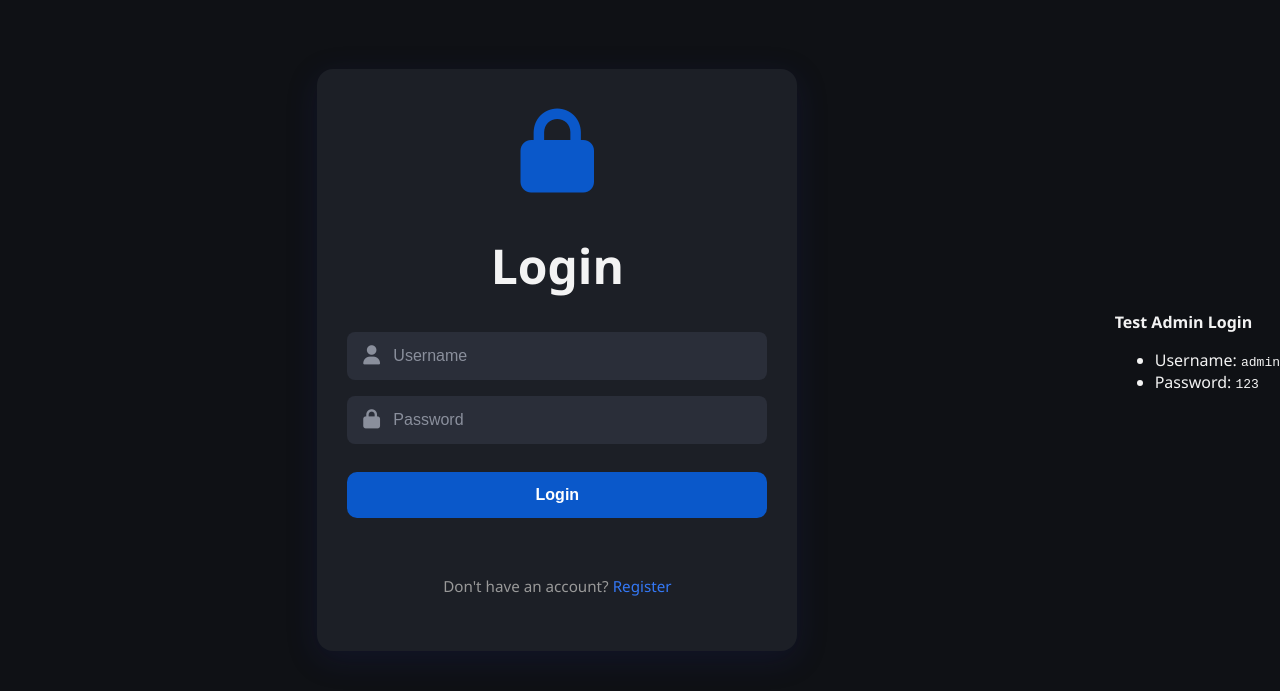
Repository: lowluds/auth-flask
Page: http://localhost/login
The author's editor kept a copy of each file at every save. The page is drawn from the files as they stood at one save, then again after the next save.
The browser window is 1280 px wide. The pictures show the whole page.
The page is served by the project's application, run on Flask 3 (login.py).

Above is the page before, as saved 2025-07-11 00:06:24.

### templates/login.html
<!DOCTYPE html>
<html lang="en">
<head>
    <meta charset="UTF-8">
    <meta name="viewport" content="width=device-width, initial-scale=1.0">
    <title>Login</title>
    <link rel="stylesheet" href="{{ url_for('static', filename='register.css') }}">
    <link rel="stylesheet" href="{{ url_for('static', filename='error.css') }}">
    <link rel="stylesheet" href="https://cdnjs.cloudflare.com/ajax/libs/font-awesome/6.5.0/css/all.min.css">
</head>

<body>
    <div class="login-container">
        <i class="fas fa-lock login-icon"></i>
        <h2>Login</h2>
        <form method="post" action="/login">

          <div class="input-group">
              <i class="fas fa-user"></i>
              <input type="text" name="username" placeholder="Username" required>
          </div>

          <div class="input-group">
              <i class="fas fa-lock"></i>
              <input type="password" name="password" placeholder="Password" required>
          </div>

            {% with messages = get_flashed_messages(with_categories=true) %}
              {% if messages %}
                {% for category, message in messages %}
                  {% if category == 'error' %}
                  <div class="input-error">{{ message }}</div>
                  {% endif %}
                {% endfor %}
              {% endif %}
            {% endwith %}

            <button type="submit">Login</button>
            <br>
            {% if show_forgot %}
            <a href="{{ url_for('forgot_password') }}" class="forgot-link">Forgot password?</a>
            {% endif %}

        </form>
        <p>Don't have an account? <a href="/register">Register</a></p>
    </div>

    <!-- Admin Info Sticky Node -->
    <div class="admin-sticky-info">
        <strong>Test Admin Login</strong>
        <ul>
            <li>Username: <code>admin</code></li>
            <li>Password: <code>123</code></li>
        </ul>
    </div>

</body>
</html>

### login.py
from flask import Flask, render_template, request, redirect, url_for, session, flash
from werkzeug.security import check_password_hash
from werkzeug.security import generate_password_hash
import json

app = Flask (__name__)
app.secret_key = '123abc456'  # Change this to a secure random value

@app.route('/')
def home():
    return redirect(url_for('login'))

# Login
@app.route('/login', methods=['GET', 'POST'])
def login():
    if request.method == 'POST':
        # Get form input
        username = request.form['username']
        password = request.form['password']

        # Load users from JSON
        with open('users/userDB.json', 'r') as file:
            data = json.load(file)

        # Look for user
        for user in data['users']:
            if user['username'] == username:
                # Check hashed password
                if check_password_hash(user['password'], password):
                    session['username'] = username
                    session['group'] = user['group']
                    session.pop('show_forgot', None)

                    # Redirect based on group
                    if user['group'] == 'admin':
                        return redirect(url_for('admin'))
                    else:
                        return redirect(url_for('dashboard'))

                flash("Incorrect password", "error")
                session['show_forgot'] = True
                return redirect(url_for('login'))

        flash("Username or password not found", "error")
        session.pop('show_forgot', None)
        return redirect(url_for('login'))

    show_forgot = session.pop('show_forgot', False)
    return render_template('login.html', show_forgot=show_forgot)

# Register
@app.route('/register', methods=['GET', "POST"])
def register():
    if request.method == 'POST':
        username = request.form['username']
        password = request.form['password']
        group = "user"

        # Load existing users
        with open('users/userDB.json', 'r') as file:
            data = json.load(file)

        # Check for duplicate username
        for user in data['users']:
            if user['username'] == username:
                flash("Username already exists. Please choose another.", "error")
                return redirect(url_for('register'))

        # Hash the password
        hashed_password = generate_password_hash(password)

        # Add new user to userDB.json
        data['users'].append({
            'username': username,
            'password': hashed_password,
            'group'   : group
        })

        # Save the updated user to userDB.json
        with open('users/userDB.json', "w") as file:
            json.dump(data, file, indent=4)

        flash("You are registered! Please log in.", "success")
        return redirect(url_for('login'))

    # Only runs for GET requests
    return render_template('register.html')

# Forgot Password
@app.route('/forgot')
def forgot_password():
    return render_template('forgot.html')

# Dashboard
@app.route('/dashboard')
def dashboard():
    # Check if user is logged in
    if 'username' in session:
        return render_template('dashboard.html')
    else:
        return redirect(url_for('login'))
# Admin dashboard
@app.route('/admin')
def admin():
    if 'username' in session:
        if session.get('group') == 'admin':
            return render_template('admin.html')
        else:
            return "You are logged in, but not authorized to view this page"
    else:
        return redirect(url_for('login'))

# Logout
@app.route('/logout')
def logout():
    session.pop('username', None)
    return redirect(url_for('login'))

if __name__ == '__main__':
    app.run(debug=True)

### static/register.css
/* Global dark theme */
body {
    background: #0f1115;
    font-family: 'Segoe UI', Tahoma, Geneva, Verdana, sans-serif;
    margin: 0;
    padding: 0;
    color: #f3f3f3;
    min-height: 100vh;
    display: flex;
    justify-content: center;
    align-items: center;
}

/* Shared container styles */
.login-container,
.register-container,
.dashboard-container,
.admin-dashboard-container {
    background: #1c1f26;
    max-width: 420px;
    width: 100%;
    padding: 40px 30px;
    margin: 60px auto;
    border-radius: 16px;
    box-shadow: 0 8px 32px rgba(31, 38, 135, 0.18);
    display: flex;
    flex-direction: column;
    align-items: center;
}

.input-group {
    position: relative;
    width: 100%;
    margin-bottom: 16px;
}

.input-group i {
    position: absolute;
    top: 50%;
    left: 16px;
    transform: translateY(-50%);
    color: #8a8f9c;
    font-size: 1.2rem;
    pointer-events: none;
}

.input-group input {
    padding: 14px 16px 14px 46px;
    height: 48px;
    border: none;
    border-radius: 8px;
    background-color: #2a2e39;
    color: #f3f3f3;
    font-size: 1rem;
    width: 100%;
    box-sizing: border-box;
    margin-bottom: 0;
}

.input-group input:focus {
    box-shadow: 0 0 0 2px rgba(52, 120, 246, 0.4);
}

/* Headings */
.login-container h2,
.register-container h2,
.dashboard-container h2,
.admin-dashboard-container h2 {
    color: #f3f3f3;
    margin-bottom: 34px;
    font-weight: 600;
    font-size: 3rem;
    text-align: center;
}

/* Forms */
form {
    width: 100%;
    display: flex;
    flex-direction: column;
    margin-bottom: 20px;
}

/* Labels */
label {
    margin-bottom: 6px;
    color: #ccc;
    font-size: 0.95rem;
}

/* Inputs */
input,
select {
    padding: 14px;
    margin-bottom: 16px;
    border: none;
    border-radius: 10px;
    background-color: #2a2e39;
    color: #f3f3f3;
    font-size: 1rem;
    transition: all 0.2s ease-in-out;
}

input::placeholder {
    color: #8a8f9c;
}

input:focus,
select:focus {
    outline: none;
    background-color: #2f3541;
    border: 1.5px solid #3478f6;
}

/* Buttons */
button {
    background-color: #0a58ca;
    color: #fff;
    border: none;
    border-radius: 10px;
    padding: 14px;
    font-size: 1rem;
    font-weight: 600;
    cursor: pointer;
    transition: background-color 0.3s ease;
    margin-top: 12px;
}

button:hover {
    background-color: #0846a1;
}

/* Links */
a {
    color: #3478f6;
    text-decoration: none;
    font-weight: 500;
    font-size: 0.95rem;
}

a:hover {
    color: #5a9afc;
    text-decoration: underline;
}

.login-container .login-icon {
    font-size: 84px;
    color: #0a58ca;
    margin-bottom: 0px;
}

.register-container .register-icon {
    font-size: 84px;
    color: #0a58ca;
    margin-bottom: 0px;
}

.dashboard-container .dashboard-icon {
    font-size: 84px;
    color: #0a58ca;
    margin-bottom: 0px;
}

.dashboard-container .admin-icon {
    font-size: 84px;
    color: #0a58ca;
    margin-bottom: 0px;
}

.login-container .forgot-container {
    padding-top: 100px; /* or any value you want */
}

/* Paragraphs */
p {
    margin-top: 16px;
    color: #999;
    font-size: 0.95rem;
}

/* Forgot Password */
.forgot-link {
    text-align: center;
    margin-bottom: 10px;
}

/* Flash error styling */
.input-error {
    color: #ff4d4d;
    font-weight: bold;
    margin-bottom: 12px;
    text-align: center;
}

/* Responsive */
@media (max-width: 600px) {
    .login-container,
    .register-container,
    .dashboard-container,
    .admin-dashboard-container {
        width: 90%;
        padding: 24px;
    }
}

### static/error.css
/* Modern error style for login and form input errors */
.input-error {
    background: none;
    color: #ff0000;
    padding: 0;
    border-radius: 0;
    margin: 14px 0 18px 0;
    font-weight: 600;
    text-align: center;
    box-shadow: none;
    letter-spacing: 0.7px;
    font-size: 1.08rem;
    border: none;
    text-shadow: none;
    max-width: 400px;
    width: 90%;
    margin-left: auto;
    margin-right: auto;
}
@keyframes fadeOut {
  0% { opacity: 0.98; transform: translateY(0); }
  80% { opacity: 0.98; }
  100% { opacity: 0; transform: translateY(-20px); pointer-events: none; }
}

After the next save:
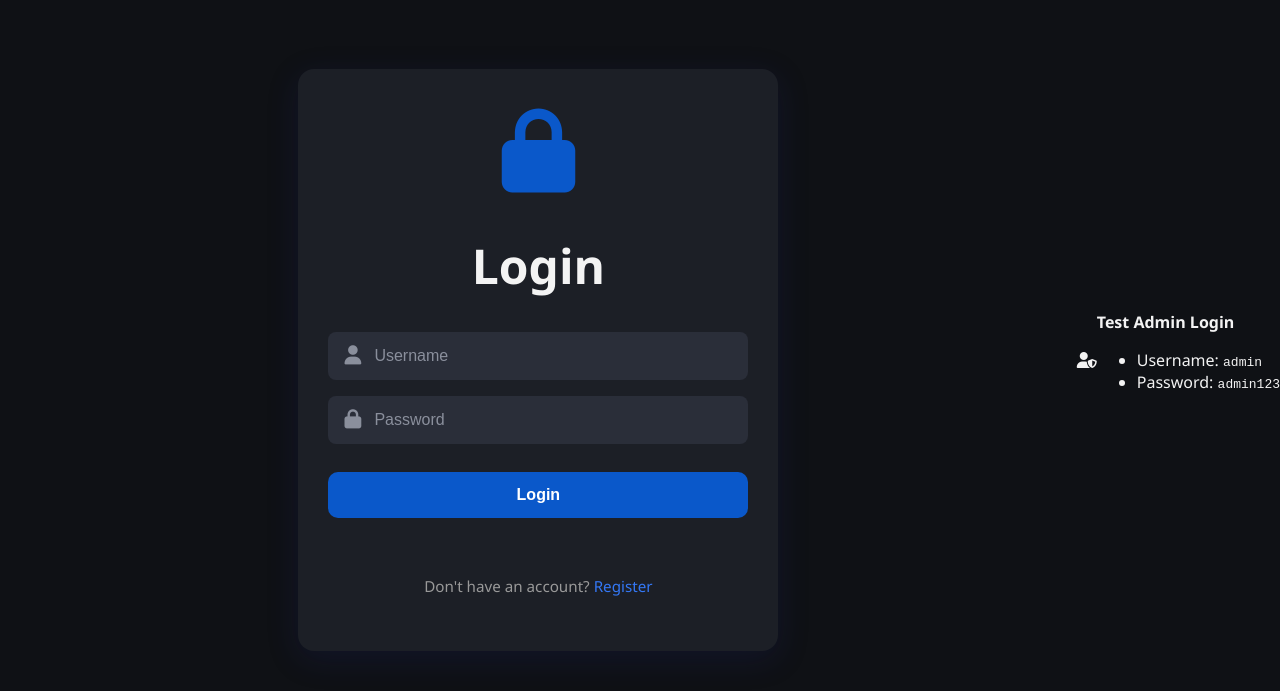
Saved 14 s later.
--- a/templates/login.html
+++ b/templates/login.html
@@ -45,14 +45,17 @@
         <p>Don't have an account? <a href="/register">Register</a></p>
     </div>
 
-    <!-- Admin Info Sticky Node -->
-    <div class="admin-sticky-info">
-        <strong>Test Admin Login</strong>
-        <ul>
-            <li>Username: <code>admin</code></li>
-            <li>Password: <code>123</code></li>
-        </ul>
-    </div>
+ <!-- Admin Info Sticky Button -->
+<div class="admin-info-fab" id="adminInfoFab" title="Show admin login">
+    <i class="fas fa-user-shield"></i>
+</div>
+<div class="admin-info-tooltip" id="adminInfoTooltip">
+    <strong>Test Admin Login</strong>
+    <ul>
+        <li>Username: <code>admin</code></li>
+        <li>Password: <code>admin123</code></li>
+    </ul>
+</div>
 
 </body>
 </html>
